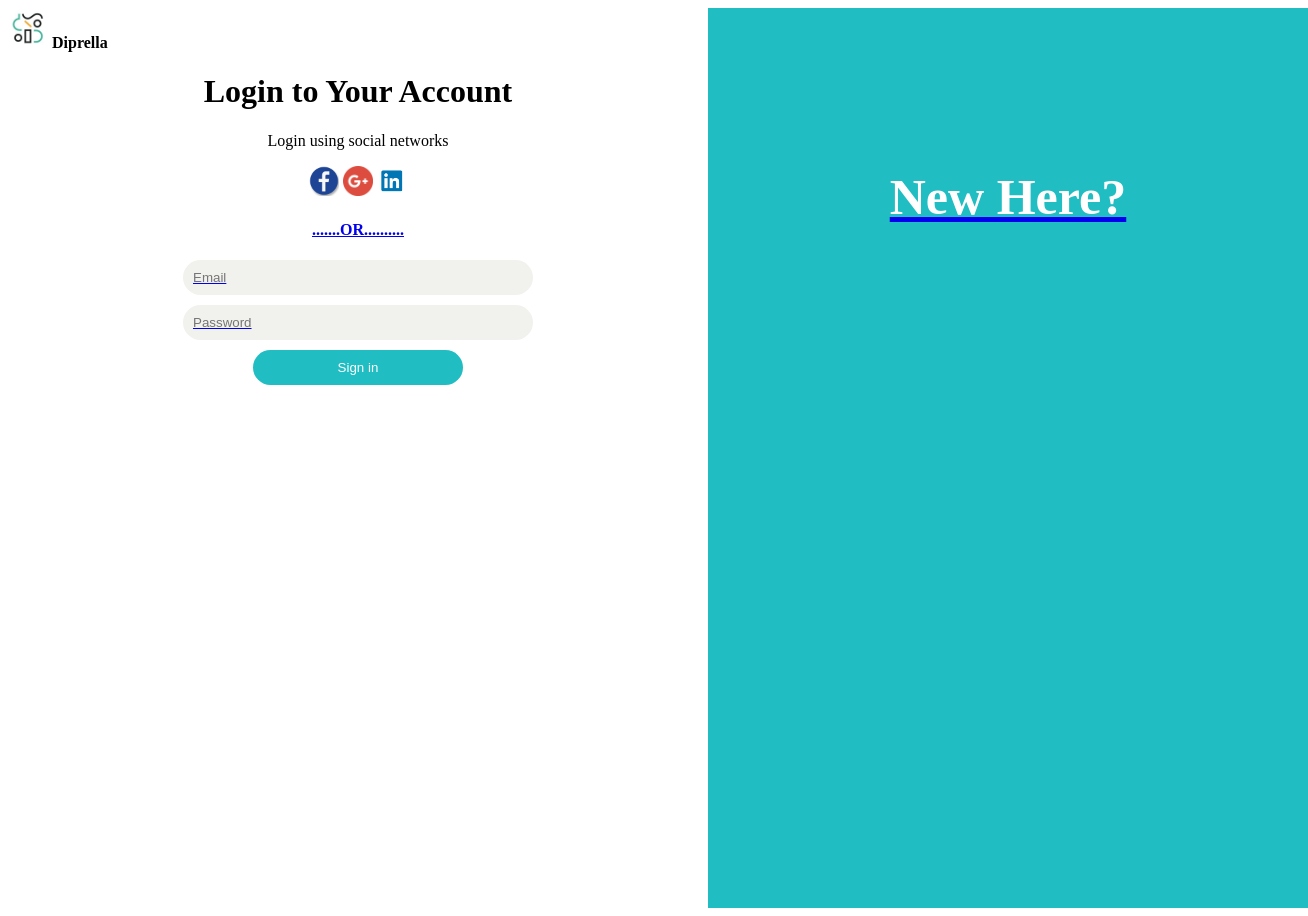
Repository: Tobby004/bdc-assignment-3
Page: task.html
An editor plug-in stored every save of this project. The page is shown before and after the next save, followed by the edit.
The browser window is 1280 px wide. The page is 1308 px wide, so the pictures cover 1308 px, including what lies to the right of the window. The pictures show the whole page.

Above is the page before, as saved 2023-02-22 02:08:23.

### task.html
<!DOCTYPE html>
<html lang="en_us">
<head>
    <meta charset="UTF-8">
    <meta http-equiv="X-UA-Compatible" content="IE=edge">
    <meta name="viewport" content="width=device-width, initial-scale=1.0">
    <title>Document</title>
    <link rel="stylesheet" href="task.css">
</head>
<body>
    <div class="box-container">
        <div class="box1">
        <header id="logo"><img src="diprella.JPG"height="40px">
        <b>Diprella</b></header>
        <h1>Login to Your Account</h1>
        <p>Login using social networks</p>
        <div class="logo">
        <a href="#"><img src="facebook.png"</a>
        <a href="#"><img src="googe plus.png"</a>
        <a href="#"><img src="linkedin.png"</a>
        </div>
        <h4>.......OR..........</h4>
        <div class="form-input">
        <input type="text" placeholder="Email">
       <center></center> <input type="Password" placeholder="Password">
        <center><button>Sign in</button></center>
        </div>
        </div>
        <div class="box2">
        <h2>New Here?</h2>
        </div>
    </div>
</body>
</html>

### task.css
* {
    box-sizing: border-box;
}
.box-container {
    display: flex;
    max-width: 1000px;
}
.box1 {
    height: 900px;
    max-width: 700px;
    width: 900%;
}
.box2{
    background-color: #20bdc2;
    width: 400%;
    height: 900px;
    max-width: 600px;
}
h1 {
    text-align: center;
}
p {
    text-align: center;
}
.logo img {
    height: 30px;
    text-align: center;
}
.logo a {
    text-decoration: none;
}
div .logo {
    text-decoration: none;
    text-align: center;
}
h4 {
    text-align: center;
}

input  {
  display: flex;
  background-color: rgb(241, 241, 238);
  max-width: 800px;
  width: 50%;
  padding: 10px;
  border: none;
  margin-bottom: 10px;
  border-radius: 20px;
  margin-left: auto;
  margin-right: auto;
}
 button {
    width: 30%;
    border-radius: 30px;
    border: none;
    padding: 10px;
    color: white;
    background-color: #20bdc2;
}
.box2 h2 {
    color: white;
}
div h2 {
    text-align: center;
    margin-top: auto;
    padding-top: 160px;
    font-size: 50px;
}

After the next save:
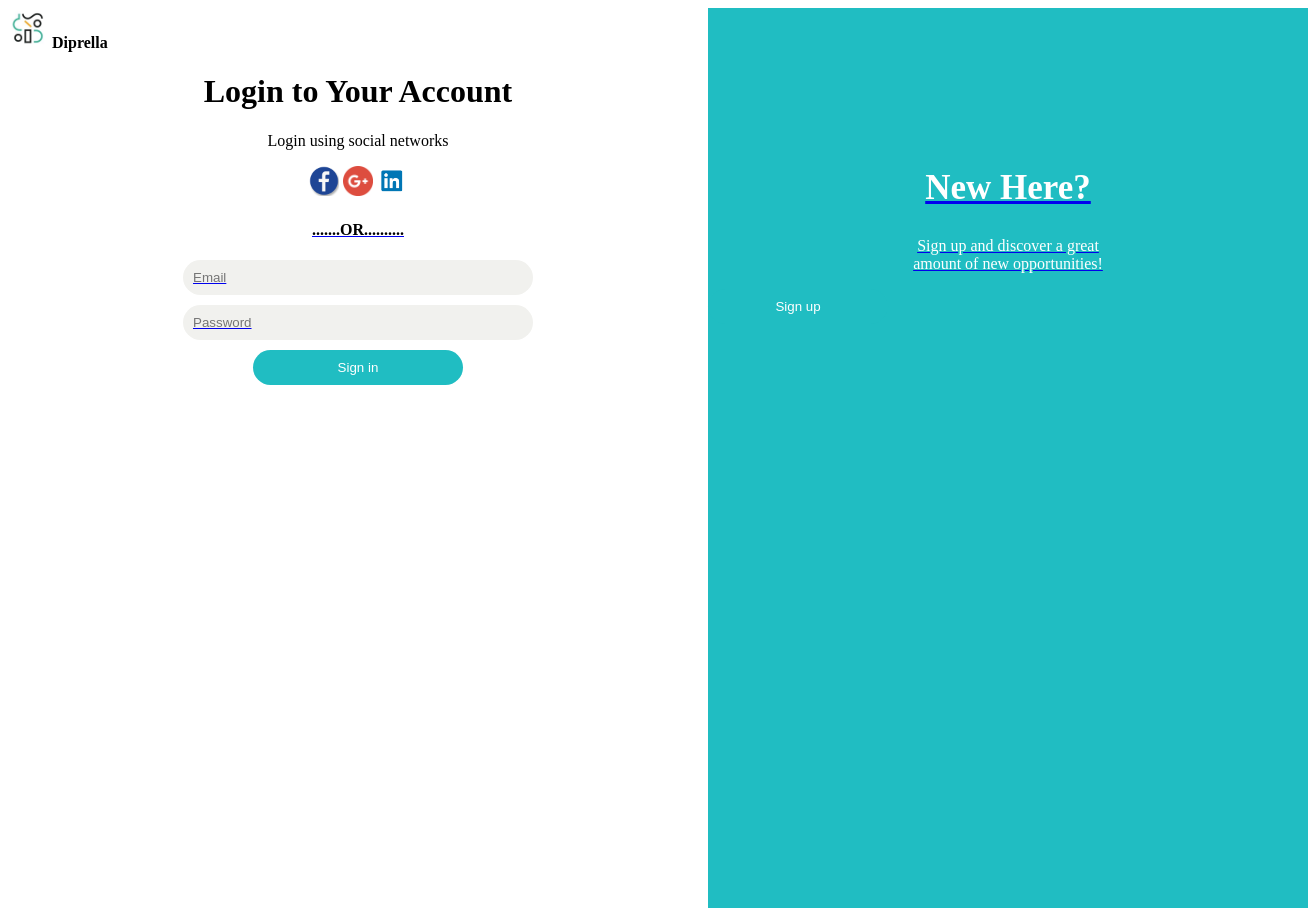
Saved 91 min 20 s later.
--- a/task.html
+++ b/task.html
@@ -27,7 +27,9 @@
         </div>
         </div>
         <div class="box2">
-        <h2>New Here?</h2>
+        <div><h2>New Here?</h2></div>
+        <p>Sign up and discover a great <br>amount of new opportunities!</p>
+        <button>Sign up</button>
         </div>
     </div>
 </body>
--- a/task.css
+++ b/task.css
@@ -35,6 +35,8 @@ div .logo {
 }
 h4 {
     text-align: center;
+    color: black;
+    text-decoration: none;
 }
 
 input  {
@@ -64,5 +66,9 @@ div h2 {
     text-align: center;
     margin-top: auto;
     padding-top: 160px;
-    font-size: 50px;
+    font-size: 35px;
 }
+.box2 p {
+    color: white;
+
+}
